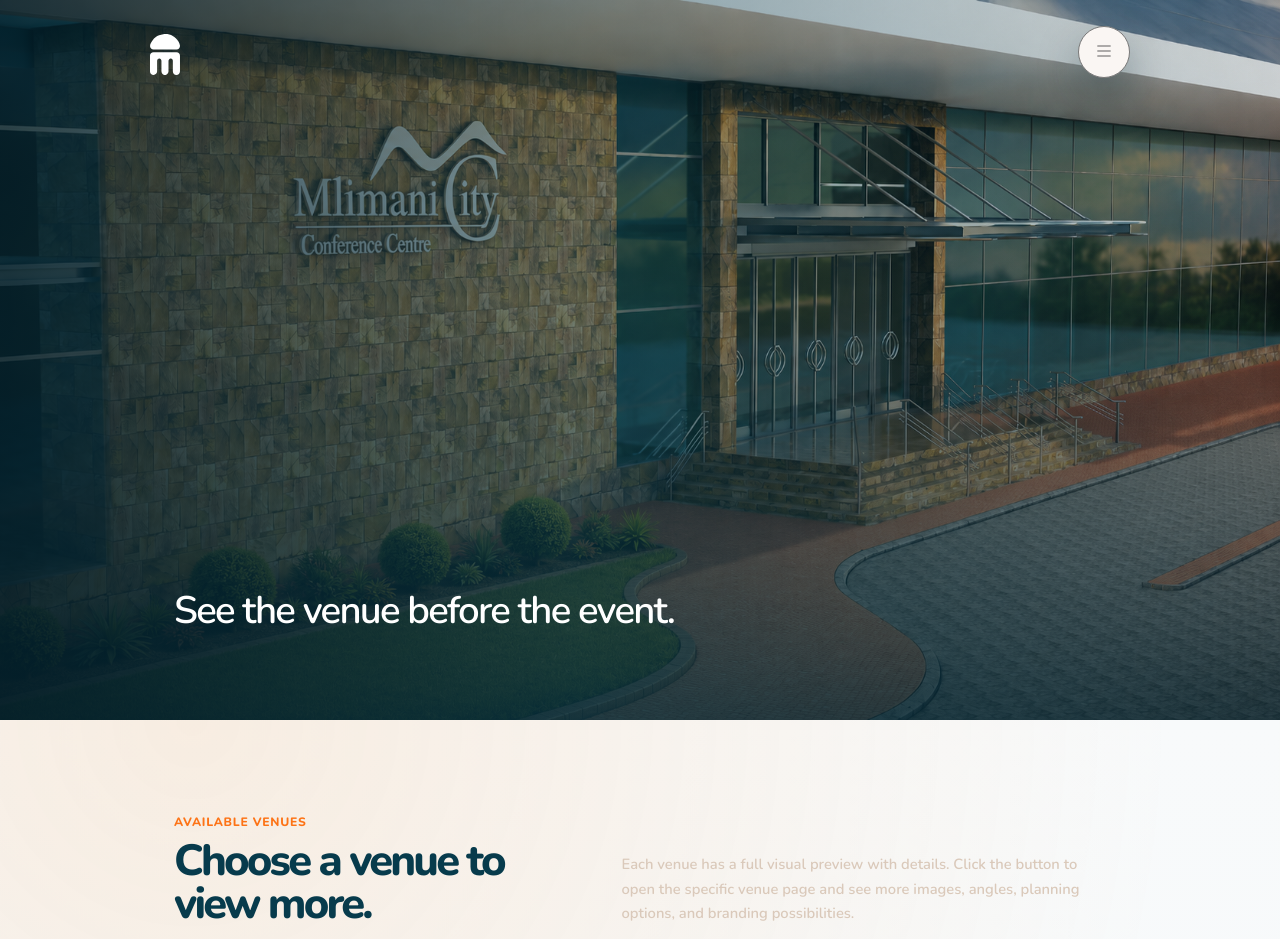
Repository: abdulprism/mustapha
Page: routes/venues.html
These files come from the project's save history. The page is drawn as it stood at one moment and after the next save; the edit follows.
The browser window is 1280 px wide. The pictures show the part of the page from y = 0 to 939 px (the page is 5205 px tall before and 5174 px after).
Pictures or frames that could not be fetched are drawn as grey boxes.

Above is the page before, as saved 2026-05-25 01:03:05.

After the next save:
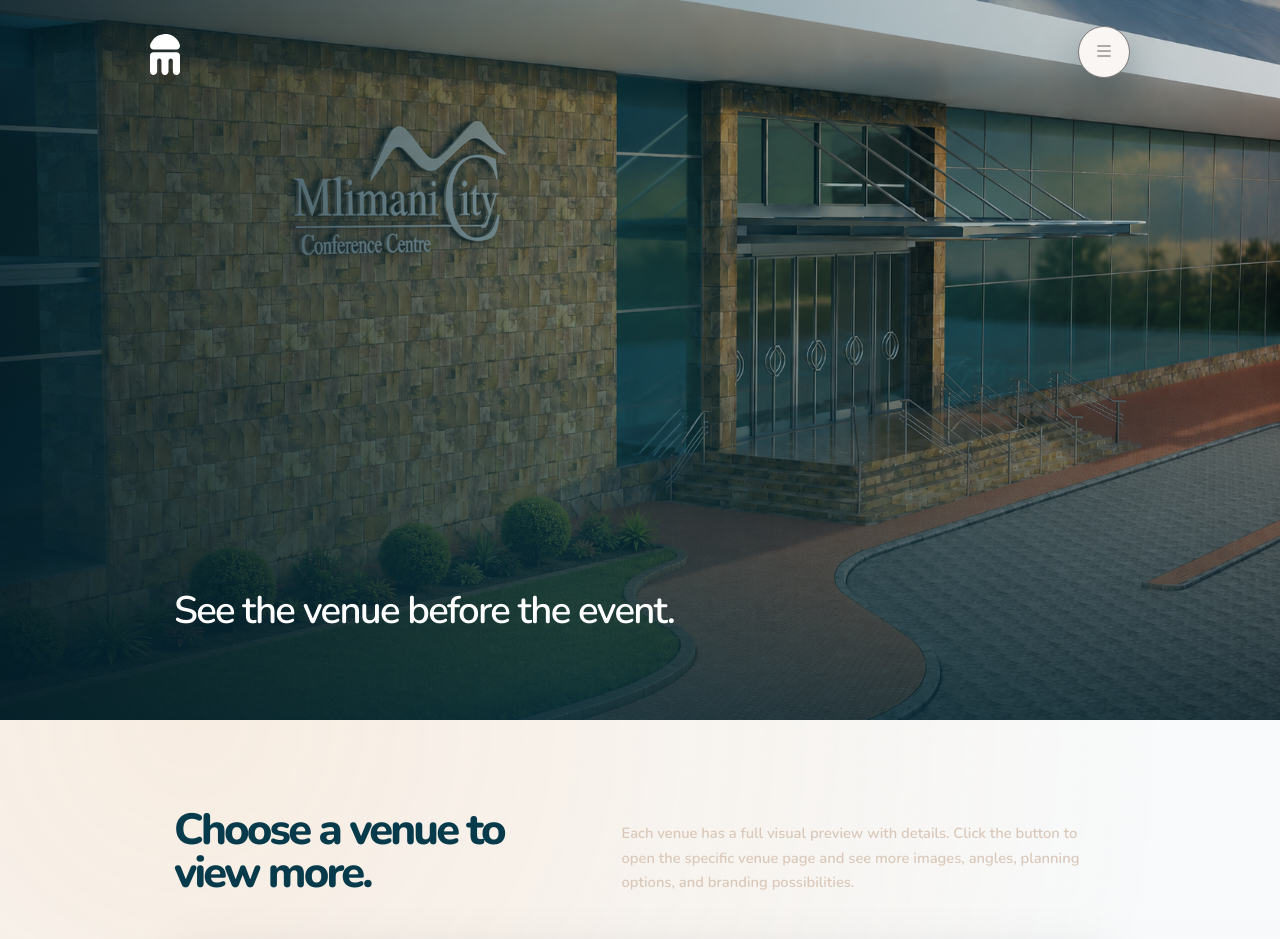
Saved 11 s later.
--- a/routes/venues.html
+++ b/routes/venues.html
@@ -67,9 +67,9 @@
   <!-- Venue Cards -->
   <section class="venue-list" id="venue-list" data-header-theme="light">
     <div class="container">
+
       <div class="venue-intro">
         <div>
-          <span class="section-kicker">Available venues</span>
           <h2>Choose a venue to view more.</h2>
         </div>
 
